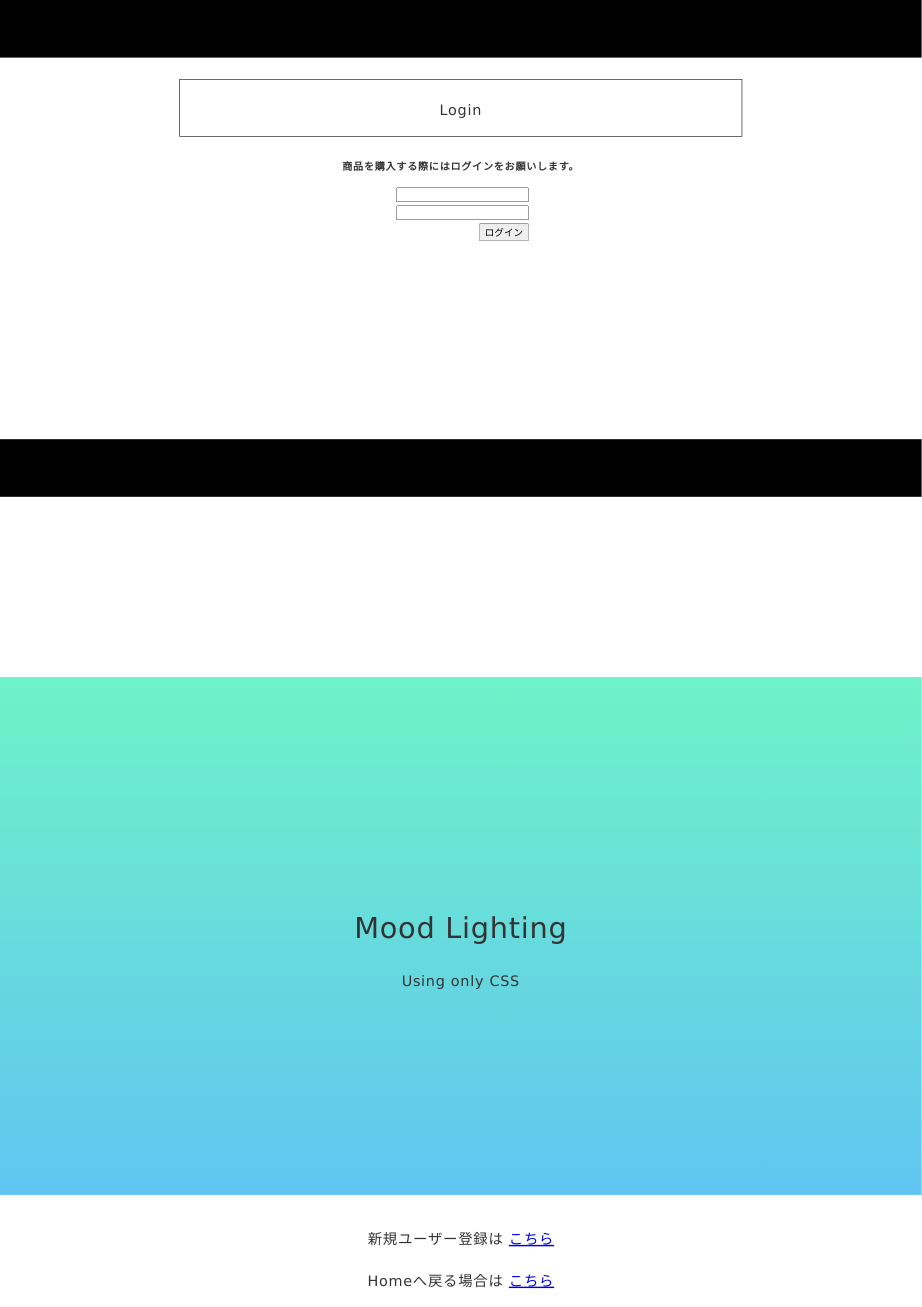
Repository: yanaiwataru/test
Page: http://localhost/ecsite/login.jsp
An editor plug-in stored every save of this project. The page is shown before and after the next save, followed by the edit.
The browser window is 1280 px wide. The pictures show the whole page, at 72% of full size.
The page is served by Tomcat 9. Other server files are loaded and not shown.

Above is the page before, as saved 2018-03-12 05:56:25.

### ecsite/WebContent/login.jsp
<%@ page language="java" contentType="text/html; charset=UTF-8"
	pageEncoding="UTF-8"%>

<%@ taglib prefix="s" uri="/struts-tags"%>
<!DOCTYPE html>
<html>
<head>
<link rel="stylesheet" type="text/css" href="css/login.css">
<meta http-equiv="Content-Type" content="text/html; charset=utf-8" />
<meta http-equiv="Content-Style-Type" content="text/css" />
<meta http-equiv="Content-Script-Type" content="text/javascript" />
<meta http-equiv="imagetoolbar" content="no" />
<meta name="description" content="" />
<meta name="keywords" content="" />
<title>Login画面</title>
<style type="text/css">
body {
	margin: 0;
	padding: 0;
	line-height: 1.6;
	letter-spacing: 1px;
	font-family: Verdana, Helvetica, sans-serif;
	font-size: 12px;
	color: #333;
	background: #fff;
}

table {
	text-align: center;
	margin: 0 auto;
}
/* ========ID LAYOUT======== */
#top {
	width: 780px;
	margin: 30px auto;
	border: 1px solid #333;
}

#header {
	width: 100%;
	height: 80px;
	background-color: black;
}

#main {
	width: 100%;
	height: 500px;
	text-align: center;
}

#footer {
	width: 100%;
	height: 80px;
	background-color: black;
	clear: both;
}

#text-link {
	display: inline-block;
	text-align: right;
}
</style>

</head>
<body>

	<div id="header">

		<div id="pr"></div>

	</div>
	<div id="main">

		<div id="top">
			<p>Login</p>

		</div>
		<div>
			<div class="aaa">
				<h3>商品を購入する際にはログインをお願いします。</h3>
				<s:form action="LoginAction">
					<s:textfield name="loginUserId" />
					<s:password name="loginPassword" />
					<s:submit value="ログイン" />

				</s:form>
			</div>
			<div class="holder">
				<div class="first"></div>
				<div class="second"></div>
				<div class="third"></div>
				<div class="txt">
					<h1>Mood Lighting</h1>
					<p>Using only CSS</p>
				</div>
			</div>
			<br />

			<div id="text-link">
				<p>
					新規ユーザー登録は <a href='<s:url action="UserCreateAction" />'>こちら</a>
				</p>
				<p>
					Homeへ戻る場合は <a href='<s:url action="GoHomeAction" />'>こちら</a>
				</p>

			</div>

		</div>

	</div>
	<div id="footer">

		<div id="pr"></div>

	</div>

</body>
</html>

### ecsite/WebContent/css/login.css
@CHARSET "UTF-8";

.color{
	  @import url(https://fonts.googleapis.com/css?family=Bitter);
    body {
      margin: 0;
      font-family: 'Bitter', serif;
      text-align: center;
    }
    .holder,
    .first,
    .second,
    .third {
      height: 100vh;
      width: 100vw;
    }
    .first,
    .second,
    .third {
      position: absolute;
    }
    .second,
    .third {
      opacity: 0;
    }
    .holder {
      height: 100vh;
      position: relative;
      z-index: 1;
    }
    .first {
      animation: first 10s infinite;
      background: linear-gradient(#5ff8ca, #60e08c);
      z-index: 10;
    }
      @keyframes first {
        0% {opacity: 1.0;}
        10% {opacity: 0.8;}
        20% {opacity: 0.6;}
        30% {opacity: 0.4;}
        40% {opacity: 0.2;}
        50% {opacity: 0.1;}
        60% {opacity: 0.2;}
        70% {opacity: 0.4;}
        80% {opacity: 0.6;}
        90% {opacity: 0.8;}
        100% {opacity: 1.0;}
      }

    .second {
      animation: second 10s infinite; animation-delay: 2s;
      background: linear-gradient(#19eaa6, #00a1f0);
      z-index: 20;
    }
      @keyframes second {
        0% {opacity: 0;}
        10% {opacity: 0.2;}
        20% {opacity: 0.4;}
        30% {opacity: 0.6;}
        40% {opacity: 0.8;}
        50% {opacity: 1.0;}
        60% {opacity: 0.8;}
        70% {opacity: 0.6;}
        80% {opacity: 0.4;}
        90% {opacity: 0.2;}
        100% {opacity: 0;}
      }

    .third {
      animation: third 10s infinite;
      animation-delay: 8s;
      background: linear-gradient(#aab7f8, #ff75c6);
      z-index: 30;
    }
      @keyframes third {
        0% {opacity: 0;}
        10% {opacity: 0.2;}
        20% {opacity: 0.4;}
        30% {opacity: 0.6;}
        40% {opacity: 0.8;}
        50% {opacity: 1.0;}
        60% {opacity: 0.8;}
        70% {opacity: 0.6;}
        80% {opacity: 0.4;}
        90% {opacity: 0.2;}
        100% {opacity: 0;}
      }

    .txt {
      margin-top: calc(50vh - 43px);
      position: absolute;
      width: 100%;
      z-index: 1000;
    }
    h1 {
      font-size: 40px;
      font-weight: 400;
      margin: 0;
    }
    p {
      font-size: 20px;
      margin-top: 26px;
    }
}
/*------------------------------コピペ----------------------------------------*/
    @import url(https://fonts.googleapis.com/css?family=Bitter);
    body {
      margin: 0;
      font-family: 'Bitter', serif;
      text-align: center;
    }
     .aaa{
      height: 100vh;
      width: 100vw;
    }
    .first,
    .second,
    .third {
      position: absolute;
    }
    .second,
    .third {
      opacity: 0;
    }
    .holder {
      height: 100vh;
      position: relative;
      z-index: 1;
    }
    .first {
      animation: first 10s infinite;
      background: linear-gradient(#5ff8ca, #60e08c);
      z-index: 10;
    }
      @keyframes first {
        0% {opacity: 1.0;}
        10% {opacity: 0.8;}
        20% {opacity: 0.6;}
        30% {opacity: 0.4;}
        40% {opacity: 0.2;}
        50% {opacity: 0.1;}
        60% {opacity: 0.2;}
        70% {opacity: 0.4;}
        80% {opacity: 0.6;}
        90% {opacity: 0.8;}
        100% {opacity: 1.0;}
      }

    .second {
      animation: second 10s infinite; animation-delay: 2s;
      background: linear-gradient(#19eaa6, #00a1f0);
      z-index: 20;
    }
      @keyframes second {
        0% {opacity: 0;}
        10% {opacity: 0.2;}
        20% {opacity: 0.4;}
        30% {opacity: 0.6;}
        40% {opacity: 0.8;}
        50% {opacity: 1.0;}
        60% {opacity: 0.8;}
        70% {opacity: 0.6;}
        80% {opacity: 0.4;}
        90% {opacity: 0.2;}
        100% {opacity: 0;}
      }

    .third {
      animation: third 10s infinite;
      animation-delay: 8s;
      background: linear-gradient(#aab7f8, #ff75c6);
      z-index: 30;
    }
      @keyframes third {
        0% {opacity: 0;}
        10% {opacity: 0.2;}
        20% {opacity: 0.4;}
        30% {opacity: 0.6;}
        40% {opacity: 0.8;}
        50% {opacity: 1.0;}
        60% {opacity: 0.8;}
        70% {opacity: 0.6;}
        80% {opacity: 0.4;}
        90% {opacity: 0.2;}
        100% {opacity: 0;}
      }

    .txt {
      margin-top: calc(50vh - 43px);
      position: absolute;
      width: 100%;
      z-index: 1000;
    }
    h1 {
      font-size: 40px;
      font-weight: 400;
      margin: 0;
    }
    p {
      font-size: 20px;
      margin-top: 26px;
    }

    .holder,
    .first,
    .second,
    .third {
      height: 100vh;
      width: 100vw;
    }
    .first,
    .second,
    .third {
      position: absolute;
    }
    .second,
    .third {
      opacity: 0;
    }
    .holder {
      height: 100vh;
      position: relative;
      z-index: 1;
    }
    .first {
      animation: first 10s infinite;
      background: linear-gradient(#5ff8ca, #60e08c);
      z-index: 10;
    }
      @keyframes first {
        0% {opacity: 1.0;}
        10% {opacity: 0.8;}
        20% {opacity: 0.6;}
        30% {opacity: 0.4;}
        40% {opacity: 0.2;}
        50% {opacity: 0.1;}
        60% {opacity: 0.2;}
        70% {opacity: 0.4;}
        80% {opacity: 0.6;}
        90% {opacity: 0.8;}
        100% {opacity: 1.0;}
      }

    .second {
      animation: second 10s infinite; animation-delay: 2s;
      background: linear-gradient(#19eaa6, #00a1f0);
      z-index: 20;
    }
      @keyframes second {
        0% {opacity: 0;}
        10% {opacity: 0.2;}
        20% {opacity: 0.4;}
        30% {opacity: 0.6;}
        40% {opacity: 0.8;}
        50% {opacity: 1.0;}
        60% {opacity: 0.8;}
        70% {opacity: 0.6;}
        80% {opacity: 0.4;}
        90% {opacity: 0.2;}
        100% {opacity: 0;}
      }

    .third {
      animation: third 10s infinite;
      animation-delay: 8s;
      background: linear-gradient(#aab7f8, #ff75c6);
      z-index: 30;
    }
      @keyframes third {
        0% {opacity: 0;}
        10% {opacity: 0.2;}
        20% {opacity: 0.4;}
        30% {opacity: 0.6;}
        40% {opacity: 0.8;}
        50% {opacity: 1.0;}
        60% {opacity: 0.8;}
        70% {opacity: 0.6;}
        80% {opacity: 0.4;}
        90% {opacity: 0.2;}
        100% {opacity: 0;}
      }

    .txt {
      margin-top: calc(50vh - 43px);
      position: absolute;
      width: 100%;
      z-index: 1000;
    }
    h1 {
      font-size: 40px;
      font-weight: 400;
      margin: 0;
    }
    p {
      font-size: 20px;
      margin-top: 26px;
    }

After the next save:
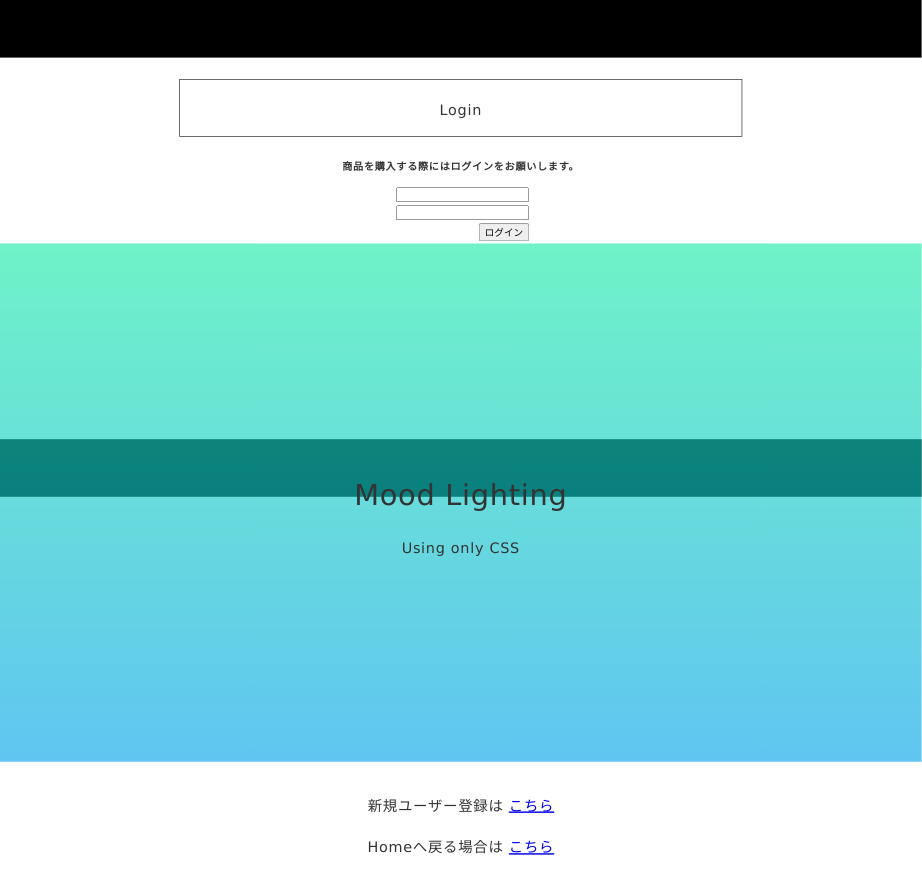
Saved 13 s later.
--- a/ecsite/WebContent/login.jsp
+++ b/ecsite/WebContent/login.jsp
@@ -76,7 +76,7 @@ table {
 
 		</div>
 		<div>
-			<div class="aaa">
+
 				<h3>商品を購入する際にはログインをお願いします。</h3>
 				<s:form action="LoginAction">
 					<s:textfield name="loginUserId" />
@@ -84,8 +84,7 @@ table {
 					<s:submit value="ログイン" />
 
 				</s:form>
-			</div>
-			<div class="holder">
+			</div>			<div class="holder">
 				<div class="first"></div>
 				<div class="second"></div>
 				<div class="third"></div>
